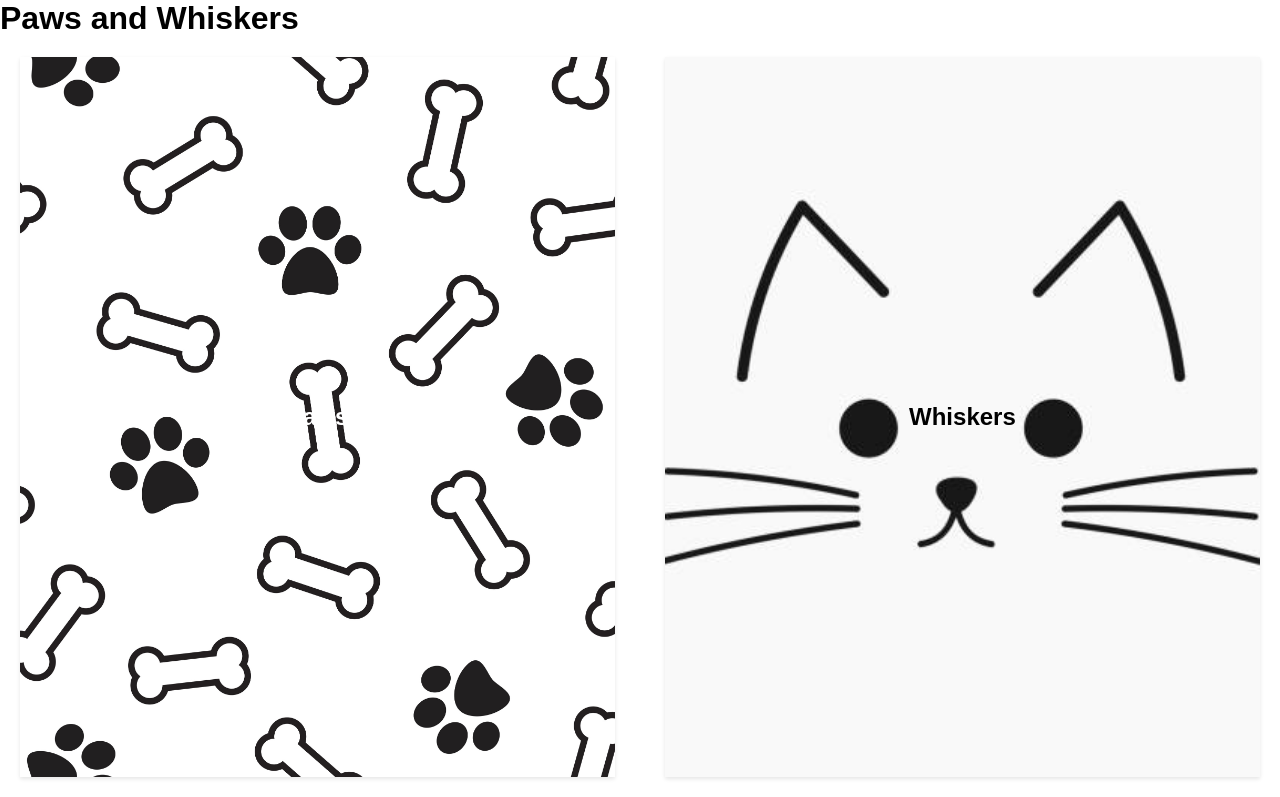
Repository: vimala-pydi/spring-pawsandwhiskers
Page: src/main/webapp/index.html
The author's editor kept a copy of each file at every save. The page is drawn from the files as they stood at one save, then again after the next save.
The browser window is 1280 px wide. The pictures show the whole page.
The page's requests for data from a server got no answer.

Above is the page before, as saved 2023-08-22 11:42:04.

After the next save:
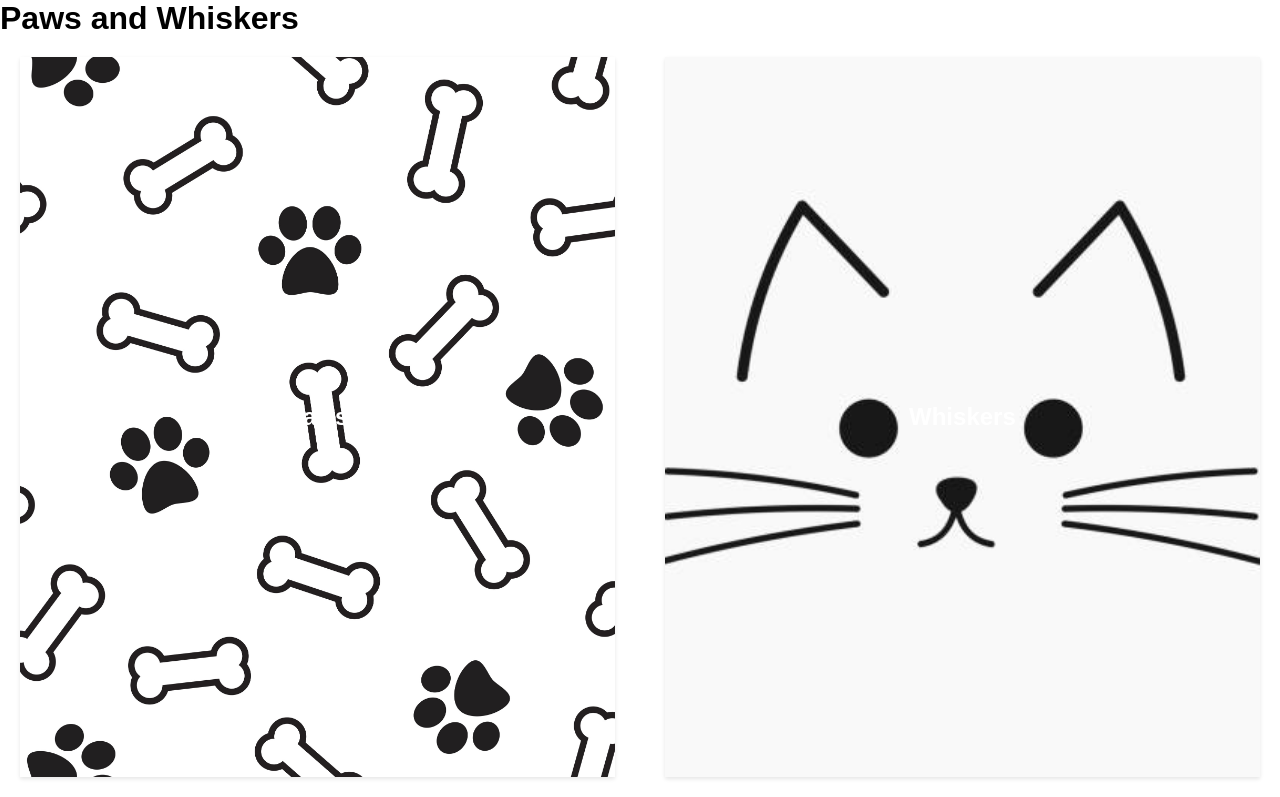
Saved 71 min 29 s later.
--- a/src/main/webapp/css/styles.css
+++ b/src/main/webapp/css/styles.css
@@ -23,9 +23,9 @@
     height: 100vh; /* Set the height to cover the entire viewport height */
     box-shadow: 0 2px 4px rgba(0, 0, 0, 0.1);
     display: flex;
-    align-items: center;
-    justify-content: center;
-    background-color: rgba(0, 0, 0, 0.5); /* Add a semi-transparent background color */
+    flex-wrap: wrap; /* Allow tiles to wrap within the image box */
+    justify-content: center; /* Center tiles horizontally */
+    align-content: center; /* Center tiles vertically */
     background-size: cover; /* Set background image to cover the image box */
     background-position: center center; /* Center the background image */
 }
@@ -53,31 +53,35 @@
 }
 
 .image-box img {
-    max-width: 75%; /* Set the maximum width of the image to cover 75% of the page */
-    max-height: 100%; /* Maintain the aspect ratio of the image */
+    width: 100%;
+    height: auto;
     border-radius: 5px;
     box-shadow: 0 2px 4px rgba(0, 0, 0, 0.1);
     cursor: pointer; /* Add cursor style for clickable images */
 }
 
-/* Custom styles for colorful boxes and animations */
+/* Custom styles for colorful tiles */
 .image-box.dogs {
     background-color: #f4d942; /* Yellow background color for dogs section */
     color: #ffffff; /* White text color for dogs section */
     animation: slideInLeft 1s ease-in-out; /* Animation for sliding in from the left */
 }
 
+.image-box.cats {
+    background-color: #83d4fa; /* Blue background color for cats section */
+    color: #ffffff; /* White text color for cats section */
+    animation: slideInRight 1s ease-in-out; /* Animation for sliding in from the right */
+}
+
 .image-list {
-    list-style: none;
-    padding: 0;
     display: flex;
     flex-wrap: wrap;
     justify-content: space-between;
 }
 
 .image-list li {
-    margin-bottom: 10px;
     width: calc(33.33% - 10px); /* Each dog image takes up one-third of the width minus spacing */
+    background-color: #e0e0e0; /* Set a default background color for tiles */
     overflow: hidden;
     border-radius: 5px;
     box-shadow: 0 2px 4px rgba(0, 0, 0, 0.1);
